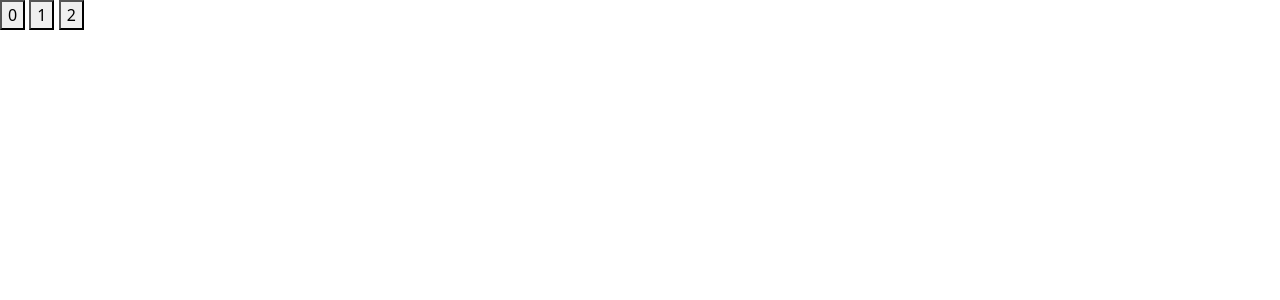
Repository: hcozyph/CyberSoft_Bai_Tap_Tren_Lop
Page: ES6/ES6_BASIC/index.html
An editor plug-in stored every save of this project. The page is shown before and after the next save, followed by the edit.
The browser window is 1280 px wide. The pictures show the whole page.

Above is the page before, as saved 2023-03-19 09:56:32.

After the next save:
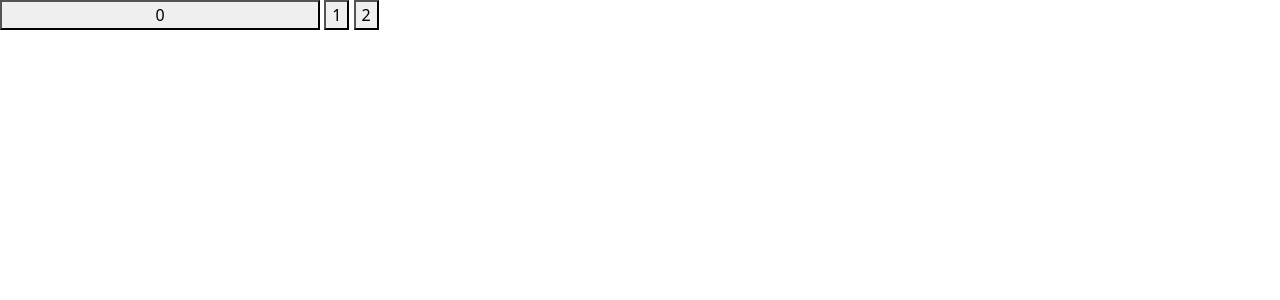
Saved 25 s later.
--- a/ES6/ES6_BASIC/index.html
+++ b/ES6/ES6_BASIC/index.html
@@ -19,7 +19,7 @@
     </head>
 
     <body>
-        <button>0</button>
+        <button class="w-25">0</button>
         <button>1</button>
         <button>2</button>
 
